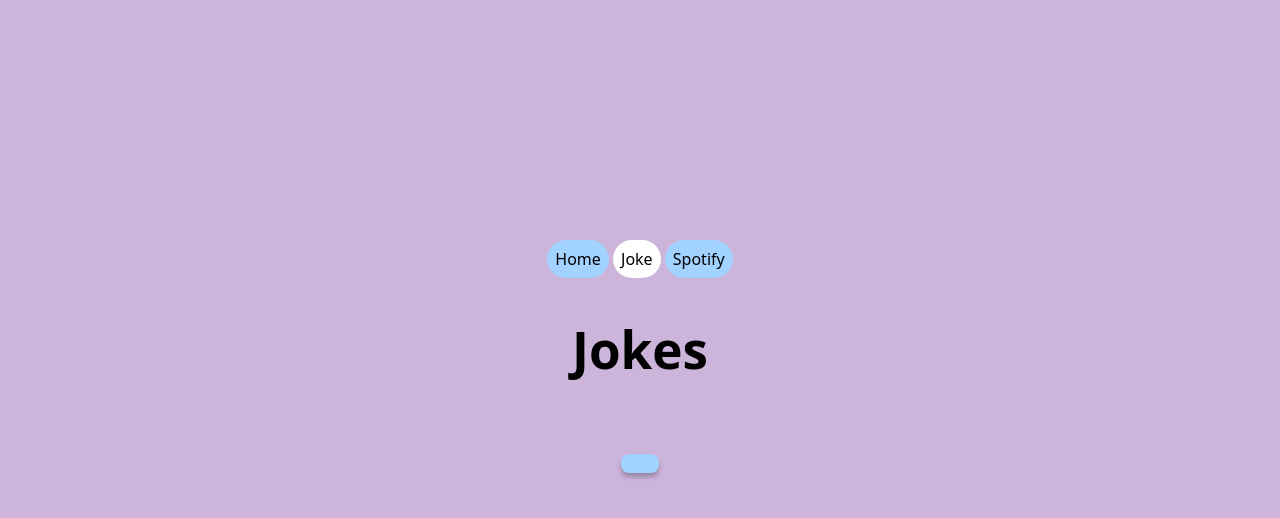
Repository: rosieomusic/spotify-react
Page: /joke
These files come from the project's save history. The page is drawn as it stood at one moment and after the next save; the edit follows.
The browser window is 1280 px wide. The pictures show the whole page.
The page's requests for data from a server got no answer. The project was rebuilt for these pictures with package versions that can differ from the ones it lists, and the page was loaded fresh each time. No one was signed in, and anything a server would have sent is missing. Also part of the build but not shown: vite.config.js, src/pages/HomePage.jsx, src/services/SpotifyService.js, src/components/AlbumComponent.jsx, src/pages/SpotifyPage.jsx.

Above is the page before, as saved 2025-05-09 20:20:58.

### index.html
<!DOCTYPE html>
<html lang="en">
	<head>
		<meta charset="UTF-8" />
		<link
			rel="icon"
			type="image/svg+xml"
			href="/vite.svg"
		/>
		<meta
			name="viewport"
			content="width=device-width, initial-scale=1.0"
		/>
		<title>Joke and Spotify API</title>
	</head>
	<body>
		<div id="root"></div>
		<script
			type="module"
			src="/src/main.jsx"
		></script>
	</body>
</html>

### src/index.css
:root {
	font-family: system-ui, Avenir, Helvetica, Arial, sans-serif;
	line-height: 1.5;
	font-weight: 400;
	color: black;
	background-color: white;
	font-synthesis: none;
	text-rendering: optimizeLegibility;
	-webkit-font-smoothing: antialiased;
	-moz-osx-font-smoothing: grayscale;
}

a {
	font-weight: 500;
	text-decoration: inherit;
}

h1 {
	font-size: 3.2em;
	line-height: 1.1;
}

button {
	border-radius: 8px;
	border: 1px solid black;
	padding: 0.6em 1.2em;
	font-size: 1em;
	font-weight: 500;
	font-family: inherit;
	background-color: white;
	cursor: pointer;
}

### src/App.jsx
import './App.css';
import { BrowserRouter, Routes, Link, Route, NavLink } from 'react-router-dom';
import HomePage from './pages/HomePage';
import SpotifyPage from './pages/SpotifyPage';
import JokePage from './pages/JokePage';

function App() {
	return (
		<BrowserRouter>
			<div id='app-container'>
				<nav>
					<NavLink
						to='/'
						className={({ isActive }) =>
							isActive ? 'nav-link active' : 'nav-link'
						}
					>
						Home
					</NavLink>{' '}
					<NavLink
						to='/joke'
						className={({ isActive }) =>
							isActive ? 'nav-link active' : 'nav-link'
						}
					>
						Joke
					</NavLink>{' '}
					<NavLink
						to='/spotify'
						className={({ isActive }) =>
							isActive ? 'nav-link active' : 'nav-link'
						}
					>
						Spotify
					</NavLink>
				</nav>

				<main>
					<Routes>
						<Route
							path='/'
							element={<HomePage />}
						/>
						<Route
							path='/joke'
							element={<JokePage />}
						/>
						<Route
							path='/spotify'
							element={<SpotifyPage />}
						/>
					</Routes>
				</main>
			</div>
		</BrowserRouter>
	);
}

export default App;

### src/App.css
html,
body {
	height: 100%;
	margin: 0;
	padding: 0;
}
#app-container {
	display: flex;
	flex-direction: column;
}

#root {
	max-width: 1280px;
	margin: 0;
	height: 100dvh;
	display: flex;
	justify-content: center;
	align-items: center;
	text-align: center;
}
body {
	background-color: #cdb4db;
}

button {
	background-color: #a2d2ff;
	border: none;
	margin-top: 20px;
	transition: box-shadow 200ms ease-in-out, transform 200ms ease-in-out;
	box-shadow: 0 4px 4px rgba(0, 0, 0, 0.25);
	font: inherit;
	cursor: pointer;
	outline: none;
	transition: border-color 0.25s;
	transform: scale(1);
	display: inline-block;
	transform-origin: center;
}
button:hover {
	transform: scale(1.05);
}
button:focus,
button:focus-visible {
	outline: 4px auto -webkit-focus-ring-color;
}

button:focus {
	border: none;
	outline: none;
}
button:hover {
	--transform: translateY(2px);
	box-shadow: 0 2x 2px rgba(0, 0, 0, 0.25);
}
h1,
p {
	justify-self: center;
	text-align: center;
	align-self: center;
	margin-bottom: 20px;
}

nav {
	text-align: center;
	margin-top: 1rem;
}
a {
	text-decoration: none;
	color: black;
	background-color: #a2d2ff;
	border-radius: 30px;
	padding: 0.5em;
}
.nav-link.active {
	text-decoration: none;
	background-color: white;
	color: black;
}
.nav-link:hover {
	text-decoration: none;
	color: #a2d2ff;
	background-color: black;
}
main {
	flex-grow: 1;
	display: flex;
	flex-direction: column;
	justify-content: center;
	align-items: center;
	text-align: center;
	padding: 1rem;
}

### src/pages/JokePage.jsx
import React from 'react';
import JokeService from '../services/JokeService.js';
import { useEffect, useState } from 'react';

function JokePage() {
	const [joke, setJoke] = useState(null);

	function getJoke() {
		JokeService.getRandomJoke().then((response) => {
			//console.log(response);
			setJoke(response.data);
		});
	}
	useEffect(() => {
		getJoke();
	}, []); //empty array means call on initialization

	return (
		<>
			<h1>Jokes</h1>
			<p>{joke} </p>
			<button onClick={getJoke}></button>
		</>
	);
}

export default JokePage;

### src/services/JokeService.js
import axios from 'axios';

const http = axios.create({
	baseURL: 'https://icanhazdadjoke.com',
});

const header = {
	headers: {
		Accept: 'text/plain',
	},
};

export default {
	getRandomJoke() {
		return http.get('', header);
	},
};

Loaded but not shown: src/main.jsx (common file)

After the next save:
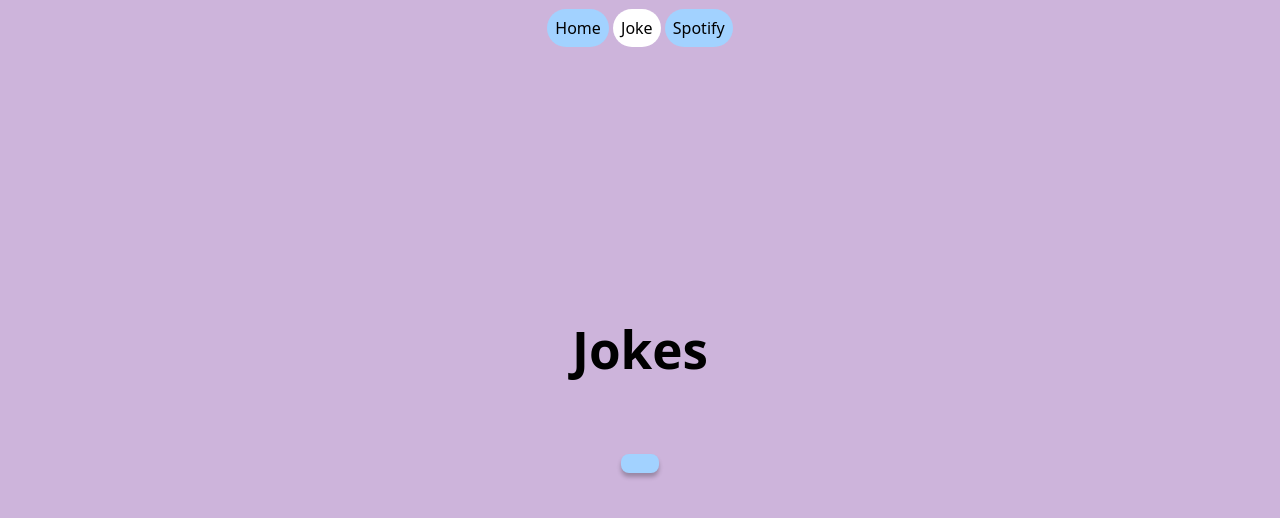
Saved 6 s later.
--- a/src/App.css
+++ b/src/App.css
@@ -7,6 +7,7 @@
 #app-container {
 	display: flex;
 	flex-direction: column;
+	min-height: 100dvh;
 }
 
 #root {
@@ -36,14 +37,6 @@
 	display: inline-block;
 	transform-origin: center;
 }
-button:hover {
-	transform: scale(1.05);
-}
-button:focus,
-button:focus-visible {
-	outline: 4px auto -webkit-focus-ring-color;
-}
-
 button:focus {
 	border: none;
 	outline: none;
